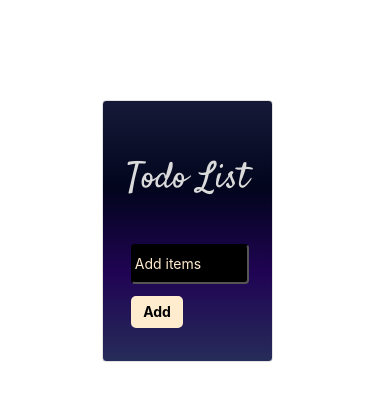
Repository: arpana23/Todo-list
Page: /
These files come from the project's save history. The page is drawn as it stood at one moment and after the next save; the edit follows.
The browser window is 375 px wide. The pictures show the whole page.
Some web libraries are served in a nearby version. The project was rebuilt for these pictures with package versions that can differ from the ones it lists, and the page was loaded fresh each time. Also part of the build but not shown: src/Todolist.js.

Above is the page before, as saved 2021-04-17 15:39:28.

### public/index.html
<!DOCTYPE html>
<html lang="en">
  <head>
    <meta charset="utf-8" />
    <link rel="icon" href="%PUBLIC_URL%/favicon.ico" />
    <meta name="viewport" content="width=device-width, initial-scale=1" />
    <meta name="theme-color" content="#000000" />
    <meta
      name="description"
      content="Web site created using create-react-app"
    />
    <link rel="apple-touch-icon" href="%PUBLIC_URL%/logo192.png" />
    <!--
      manifest.json provides metadata used when your web app is installed on a
      user's mobile device or desktop. See https://developers.google.com/web/fundamentals/web-app-manifest/
    -->
    <script src="https://kit.fontawesome.com/94ade1d1ca.js" crossorigin="anonymous"></script>
    <link rel="preconnect" href="https://fonts.gstatic.com">
    <link href="https://fonts.googleapis.com/css2?family=Satisfy&display=swap" rel="stylesheet">
    <link rel="manifest" href="%PUBLIC_URL%/manifest.json" />
    <!-- Latest compiled and minified CSS -->
    <link rel="stylesheet" href="https://maxcdn.bootstrapcdn.com/bootstrap/3.4.1/css/bootstrap.min.css">

    <!-- jQuery library -->
    <script src="https://ajax.googleapis.com/ajax/libs/jquery/3.5.1/jquery.min.js"></script>

    <!-- Latest compiled JavaScript -->
    <script src="https://maxcdn.bootstrapcdn.com/bootstrap/3.4.1/js/bootstrap.min.js"></script>

    <!--
      Notice the use of %PUBLIC_URL% in the tags above.
      It will be replaced with the URL of the `public` folder during the build.
      Only files inside the `public` folder can be referenced from the HTML.

      Unlike "/favicon.ico" or "favicon.ico", "%PUBLIC_URL%/favicon.ico" will
      work correctly both with client-side routing and a non-root public URL.
      Learn how to configure a non-root public URL by running `npm run build`.
    -->
    <title>React App</title>
  </head>
  <body>
    <noscript>You need to enable JavaScript to run this app.</noscript>
    <div id="root"></div>
    <!--
      This HTML file is a template.
      If you open it directly in the browser, you will see an empty page.

      You can add webfonts, meta tags, or analytics to this file.
      The build step will place the bundled scripts into the <body> tag.

      To begin the development, run `npm start` or `yarn start`.
      To create a production bundle, use `npm run build` or `yarn build`.
    -->
  </body>
</html>

### src/App.js
import React, { useState } from 'react';
import Todolist from './Todolist';
import './App.css';

const App = () => {


  const [inputItem , setInputItem] = useState("");
  const [itemList , setItemList] = useState([]);

  const handleChange = (e) => {
    setInputItem(e.target.value);
  }

  const addItems = (e) => {
    e.preventDefault();
    setItemList((olditems) => {
      return [...olditems, inputItem];
    });
    setInputItem("");
  }

  const updateItem = (id) => {
    let item =  itemList.map((olditems,index,data) => {
      if(index === id) {
        setInputItem(data.splice(index,1));
        olditems = !olditems;
      }
      return [olditems];
      }
    )
    return item;
  }

  const deleteItem = (id) => {
    setItemList((olditems) => {
      return olditems.filter((arrElement,index) => {
        return index !== id;
        // if(index !== id) {
        //   return [...arrElement];
        // }
      })
    })
  }


 return (
  <>
    <div className="main-container">
      <div className="flex-container">
        <div className="well">
          <br />
            <h1 className="title text-center">Todo List</h1>
          <br />
          <div>
            <input type="text" className="addInput" max="10" min="1" placeholder="Add items" value={inputItem} onChange={handleChange}/>
            <button type="submit" className="btn" onClick={addItems}> Add </button>
            <ul className="list-group">
              {
                itemList.map((data,index) => {
                  return <Todolist
                  key= {index}
                  id= {index}
                  list= {data}
                  onEdit= {updateItem}
                  onSelect= {deleteItem}
                  />
                })
              }
            </ul>
          </div>
        </div>
      </div>
    </div>

  </>
 )
}

export default App;

### src/App.css
.App {
  text-align: center;
}

.main-container {
  display: flex;
  flex-direction: column;
  justify-content: center;
}

.flex-container {
  display: flex;
  flex-direction: column;
  align-items: center;
  margin: 100px;
}

.well {
  background-image: linear-gradient(rgb(22, 26, 56),rgb(2, 5, 29),rgb(32, 4, 84),rgb(38, 44, 89));
  width: 40%;
}

.addInput {
  margin: 18px;
  width: 70%;
  height: 5vh;
  border-radius: 4px;
  background-color: black;
  outline: black;
  border-color: black;
  color:blanchedalmond;
  font-size: 14px;
}

.addInput::placeholder {
  color:blanchedalmond;
  margin-left: 2px;
}

.btn {
  margin: 3px;
  width: 20%;
  height: 5.5vh;
  border-radius: 5px;
  margin-top: -2px;
  font-weight: bold;
  background-color: blanchedalmond;
  color: black;
  outline: transparent;
  border: 2px solid blanchedalmond;
}

.btn:hover {
  background-color: blueviolet;
  color: black;
  font-weight: bold;
  outline: transparent;
  border-color: transparent;
}

.btn::-webkit-validation-bubble-arrow-clipper {
  background-color: blueviolet;
  color: black;
  outline: transparent;
  border-color: transparent;
}

.list-group {
  margin: 11px;
}

.mylist {
  /* border: 1px solid black; */
  margin-top: 10px;
  margin-bottom: 10px;
  text-align: justify;
  /* border-radius: 7px; */
}

.list-group-item {
  word-wrap: break-word;
  background-image: linear-gradient(rgb(32, 4, 84),rgb(38, 44, 89));
}

.my-text {
  margin-right: 3px;
  word-wrap: break-word;
  color: blanchedalmond;
}

.ed-del {
  display: flex;
  flex-direction: row;
  margin-top: -20px;
  justify-content: flex-end;
  align-items: center;
}

.fas {
  font-size: 20px;
  margin: 3px;
  display: flex;
  flex-direction: row;
  /* margin: 7px; */
  align-items: center;
}

.title {
  color: #dadada ;
  font-family: 'Satisfy', cursive;
}

.fa-trash {
  color: rgb(45, 30, 255);
}

.fa-edit {
  color:rgb(221, 84, 203);
}

@media screen and (max-width: 480px) {
  .well {
    width: 98%;
  }

  .addInput {
    margin: 14px;
    margin-left: 9px;
    width: 90%;
    height: 5vh;
  }

  .btn {
    margin: 3px;
    margin-left: 9px;
    width: 40%;
    height: 4vh;
    border-radius: 5px;
    margin-top: -2px;
    font-weight: bold;
    background-color: blanchedalmond;
    color: black;
    outline: transparent;
    border: 2px solid blanchedalmond;
    padding: 2px;
  }

}

@media screen and (min-width: 481px) and (max-width: 768px) {
  .well {
    width: 90%;
  }
}

@media screen and (min-width: 769px) and (max-width: 992px) {
  .well {
    width: 90%;
  }
}

Loaded but not shown: src/index.js (common file); src/index.css (common file); src/reportWebVitals.js (common file)

After the next save:
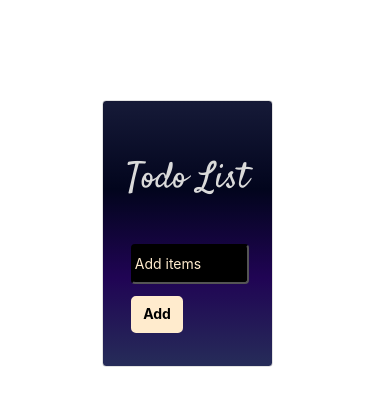
Saved 13 s later.
--- a/src/App.css
+++ b/src/App.css
@@ -134,7 +134,7 @@
     margin: 3px;
     margin-left: 9px;
     width: 40%;
-    height: 4vh;
+    height: 4.7vh;
     border-radius: 5px;
     margin-top: -2px;
     font-weight: bold;
